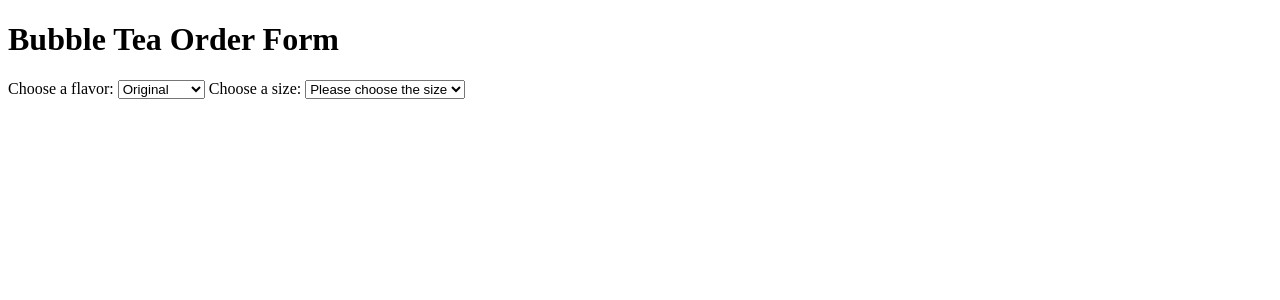
Repository: liulian26/CS5610
Page: lab3/index.html
These files come from the project's save history. The page is drawn as it stood at one moment and after the next save; the edit follows.
The browser window is 1280 px wide. The pictures show the whole page.

Above is the page before, as saved 2025-01-30 17:37:13.

### lab3/index.html
<!DOCTYPE html>
<html lang="en">
  <head>
    <meta charset="utf-8" />
    <title>Bubble Tea ordering system</title>
    <link rel="stylesheet" href="css/styles.css" />
    <script defer src="js/script.js"></script>
  </head>

  <body>
    <main>
      <form id="bubbleTeaForm">
        <h1>Bubble Tea Order Form</h1>

        <!--- choose a flavor -->
        <label for="flavor">Choose a flavor:</label>
        <select id="flavor">
          <option value="original">Original</option>
          <option value="mango">Mango</option>
          <option value="strawberry">Strawberry</option>
        </select>

        <!--- choose a size -->
        <label for="size">Choose a size:</label>
        <select id = "size">
        <option value="" disabled selected>Please choose the size</option>
          <option value="small">Small</option>
          <option value="medium">Medium</option>
          <option value="large">Large</option>
        </select>




      </form>
    </main>
  </body>
</html>

### week4/js/script.js
// let user;
// do{let user = prompt("What is your name?");
// } while (isNaN(user) === false || user.length === 1);

// console.log(typeof user);

let students = [
    {
        name: "Cristian",
        age: 30,
        location: "Vancouver"
     },
     {
        name: "James",
        age: 40,
        location: "Toronto"
     },
     {
        name: "Garry",
        age: 20,
        location: "Vancouver"
     },
];

// function that student is in Vancouver
function findstudentinvancouver() {
    let vancouverStudents = [];
    for(let i = 0; i < students.length; i++){
        if(students[i].location === "Vancouver"){
            // console.log student name lives in Vancouver
            console.log('${student[i].name} lives in  ${student[i].location}');
            vancouverStudents.push(students[i]);
            }
        }
        return vancouverStudents;
}

const returnedArray = findstudentinvancouver();
console.log(returnedArray);

Loaded but not shown: lab3/css/styles.css (no stored copy; drawn as an empty file)

After the next save:
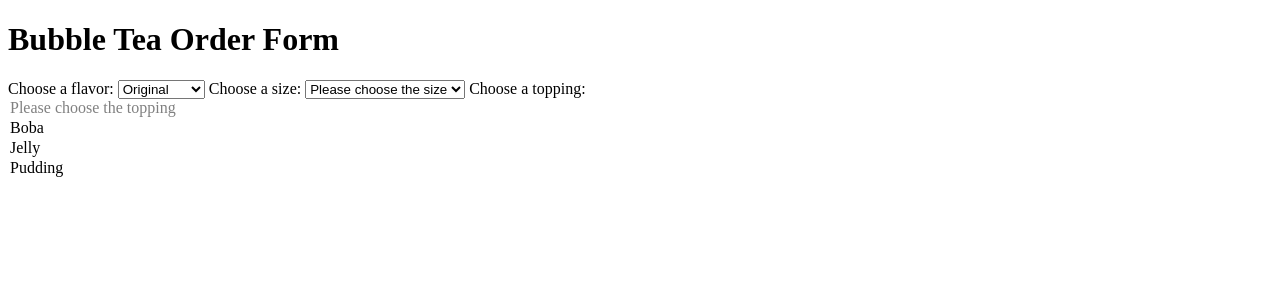
Saved 7 min 56 s later.
--- a/lab3/index.html
+++ b/lab3/index.html
@@ -29,6 +29,15 @@
           <option value="large">Large</option>
         </select>
 
+        <!--- choose a topping -->
+        <label for="topping">Choose a topping:</label>
+        <selct id="topping" mutiple>
+        <option value="" disabled selected>Please choose the topping</option>
+            <option value="boba">Boba</option>
+            <option value="jelly">Jelly</option>
+            <option value="pudding">Pudding</option>
+
+
 
 
 
